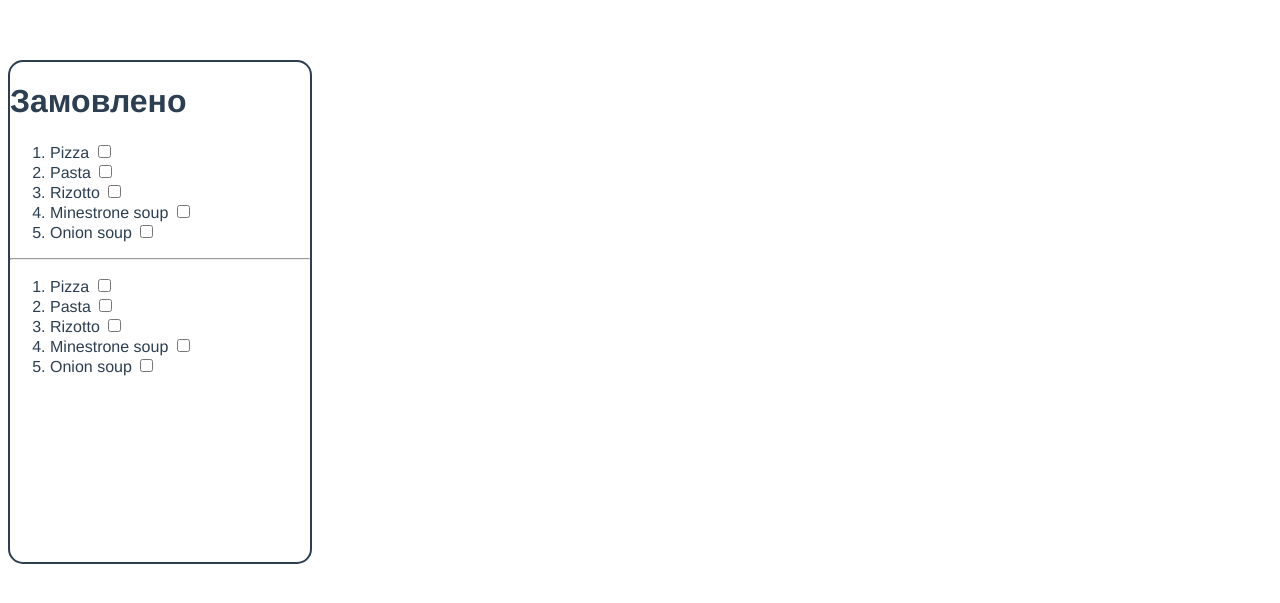
Repository: Salexandraa/HOME_Subotina
Page: / (app in order-list/)
The author's editor kept a copy of each file at every save. The page is drawn from the files as they stood at one save, then again after the next save.
The browser window is 1280 px wide. The pictures show the whole page.
The project was rebuilt for these pictures with package versions that can differ from the ones it lists, and the page was loaded fresh each time.

Above is the page before, as saved 2020-10-09 15:31:25.

After the next save:
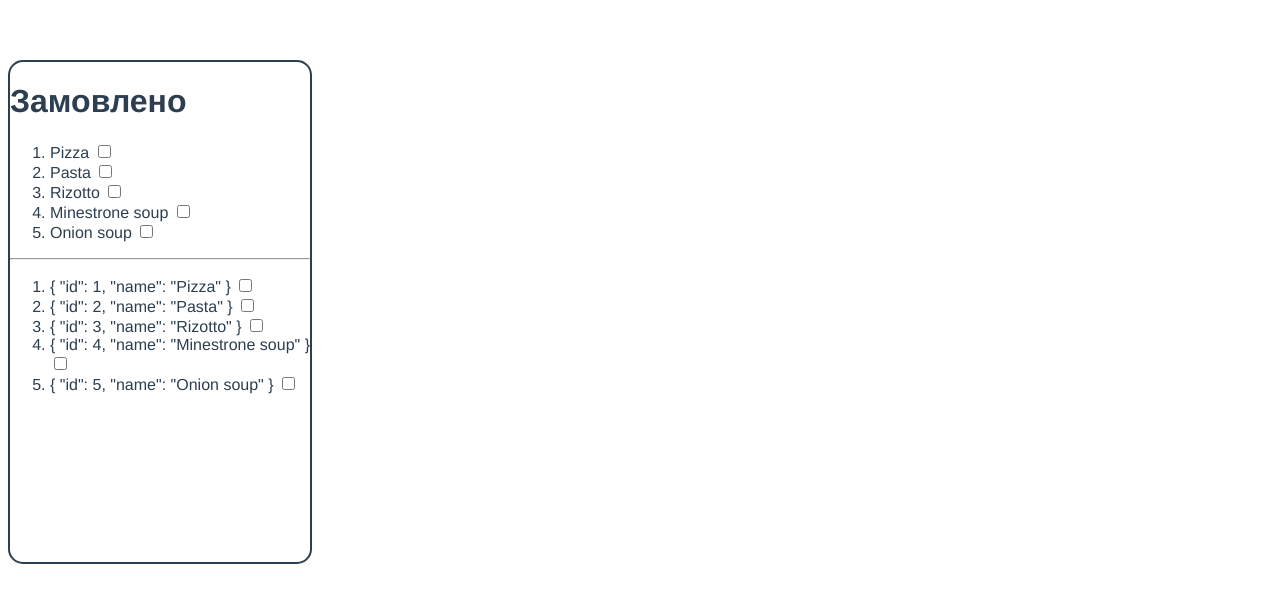
Saved 13 s later.
--- a/order-list/src/components/CheckList/Reserved/index.vue
+++ b/order-list/src/components/CheckList/Reserved/index.vue
@@ -22,7 +22,7 @@
     <!-- <span>Выбрано: {{ checkedNames }}</span> -->
       <ol>
         <li v-for="item in listDishes" :key="item.name" >
-           {{item.name}} <input type="checkbox" >
+           {{item}} <input type="checkbox" >
         </li>
 
     </ol>
